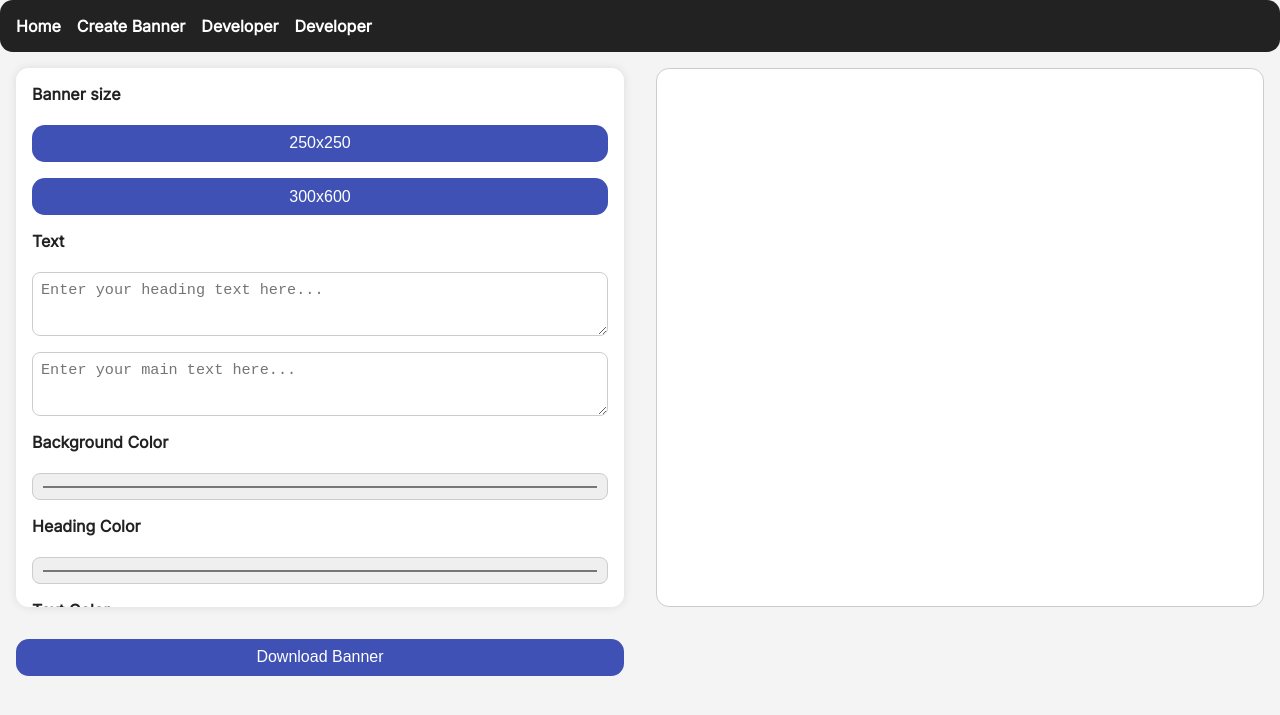
Repository: Yuravolontir/--Baner-Editor--
Page: dashboard.html
An editor plug-in stored every save of this project. The page is shown before and after the next save, followed by the edit.
The browser window is 1280 px wide. The pictures show the whole page.
An inner scrolling area shows only its first screen.

Above is the page before, as saved 2025-07-15 22:06:01.

After the next save:
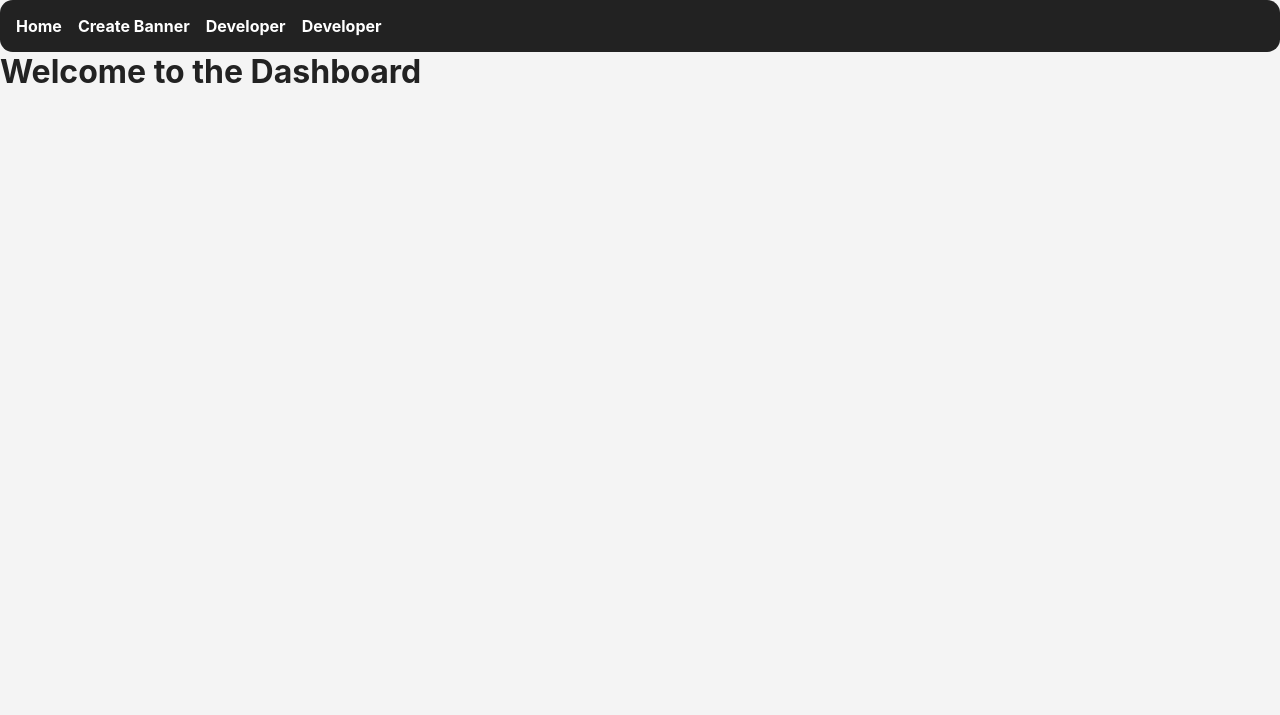
Console error: TypeError: Cannot read properties of null (reading 'addEventListener')
Saved 4 min 3 s later.
--- a/dashboard.html
+++ b/dashboard.html
@@ -6,17 +6,6 @@
     <title>Document</title>
     <link rel="stylesheet" href="/styles/styles.css">
     <script type="module" src="/scripts/index.js"></script>
-    <link href="https://fonts.googleapis.com/css2?family=Be+Vietnam+Pro&family=DM+Sans&family=Figtree&family=Inter&family=Manrope&family=Outfit&family=Rubik&family=Space+Grotesk&family=Sora&family=Urbanist&display=swap" rel="stylesheet">
-
-
-
-<!-- Include html2canvas library for capturing the banner as an image-->
-<script src="https://cdn.jsdelivr.net/npm/html2canvas@1.4.1/dist/html2canvas.min.js"></script>
-
-
-
-
-
 
 </head>
 <body>
@@ -29,72 +18,7 @@
     <li><a href="/thanks-to-developer.html">Developer</a></li>
     </ul>
 </nav>
-<div id="banner-builder-container">
-<div id="controls-section">
-<h3>Banner size</h3>
-<button id="250X250">250x250</button>
-<button id="300X600">300x600</button>
-<h3>Text</h3>
-<textarea id="bannerHeading" placeholder="Enter your heading text here..."></textarea>
-<textarea id="bannerText" placeholder="Enter your main text here..."></textarea>
-<h3>Background Color</h3>
-<input type="color" id="BackgroundColor">
 
-<h3>Heading Color</h3>
-<input type="color" id="HeadingColor">
-
-<h3>Text Color</h3>
-<input type="color" id="TextColor">
-
-<h3>Choose heading font</h3>
-<select id="head-font">
-  <option value="Courier New">Courier New</option>
-  <option value="Inter">Inter</option>
-  <option value="Poppins">Poppins</option>
-  <option value="Space Grotesk">Space Grotesk</option>
-  <option value="Outfit">Outfit</option>
-  <option value="Manrope">Manrope</option>
-  <option value="Sora">Sora</option>
-  <option value="Figtree">Figtree</option>
-  <option value="Rubik">Rubik</option>
-  <option value="Urbanist">Urbanist</option>
-  <option value="DM Sans">DM Sans</option>
-</select>
-
-<h3>Choose text font</h3>
-<select id="text-font">
-  <option value="Courier New">Courier New</option>
-  <option value="Inter">Inter</option>
-  <option value="Poppins">Poppins</option>
-  <option value="Space Grotesk">Space Grotesk</option>
-  <option value="Outfit">Outfit</option>
-  <option value="Manrope">Manrope</option>
-  <option value="Sora">Sora</option>
-  <option value="Figtree">Figtree</option>
-  <option value="Rubik">Rubik</option>
-  <option value="Urbanist">Urbanist</option>
-  <option value="DM Sans">DM Sans</option>
-</select>
-
-<h3>Banner Heading Font-size</h3>
-<input type="number" id="headingFontSize" placeholder="Enter font size in px" value="24">
-<h3>Banner Text Font-size</h3>
-<input type="number" id="textFontSize" placeholder="Enter font size in px" value="16">
-
-<h3>Choose Design Style</h3>
-<select id="designStyle">
-  <option value="minimal">Minimal Clean</option>
-  <option value="bold">Bold & Colorful</option>
-  <option value="pixel">Retro Pixel</option>
-</select>
-
-
-<h3>Preview</h3>
-</div>
-<div id="preview">
-
-</div>
-<button id="downloadBanner">Download Banner</button>
-</div>
+<h1>Welcome to the Dashboard</h1>
 </body>
 </html>
